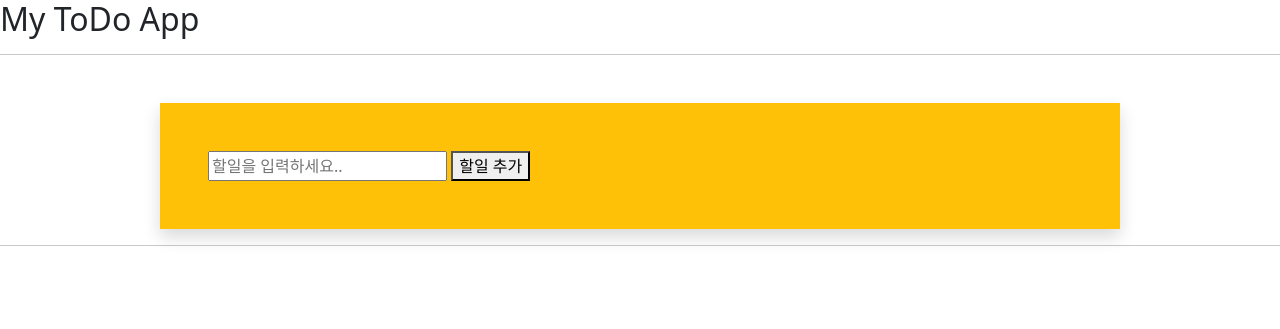
Repository: Hiron-Musk/JSP_ex
Page: jwbook/src/main/webapp/ch03/todoapp.html
The author's editor kept a copy of each file at every save. The page is drawn from the files as they stood at one save, then again after the next save.
The browser window is 1280 px wide. The pictures show the whole page.

Above is the page before, as saved 2024-03-08 05:54:31.

After the next save:
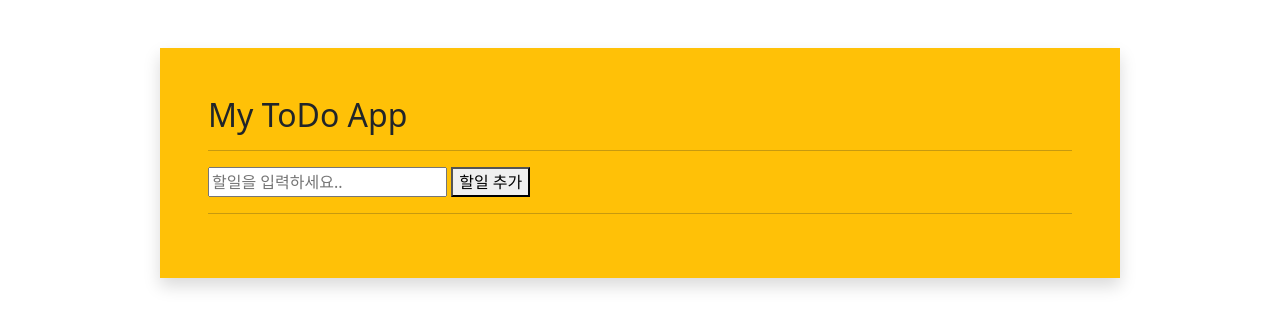
Saved 61 s later.
--- a/jwbook/src/main/webapp/ch03/todoapp.html
+++ b/jwbook/src/main/webapp/ch03/todoapp.html
@@ -6,10 +6,10 @@
 		<link href="https://cdn.jsdelivr.net/npm/bootstrap@5.3.3/dist/css/bootstrap.min.css" rel="stylesheet" integrity="sha384-QWTKZyjpPEjISv5WaRU9OFeRpok6YctnYmDr5pNlyT2bRjXh0JMhjY6hW+ALEwIH" crossorigin="anonymous">
 	</head>
 	<body>
-		<div>
+		<div class="container bg-warning shadow mx-auto mt-5 p-5 w-75">
 			<h2>My ToDo App</h2>
 			<hr>
-			<div class="container bg-warning shadow mx-auto mt-5 p-5 w-75">
+			<div>
 				<input id="item" type="text" placeholder="할일을 입력하세요..">
 				<button type="button" onclick="addItem()">할일 추가</button>
 			</div>
